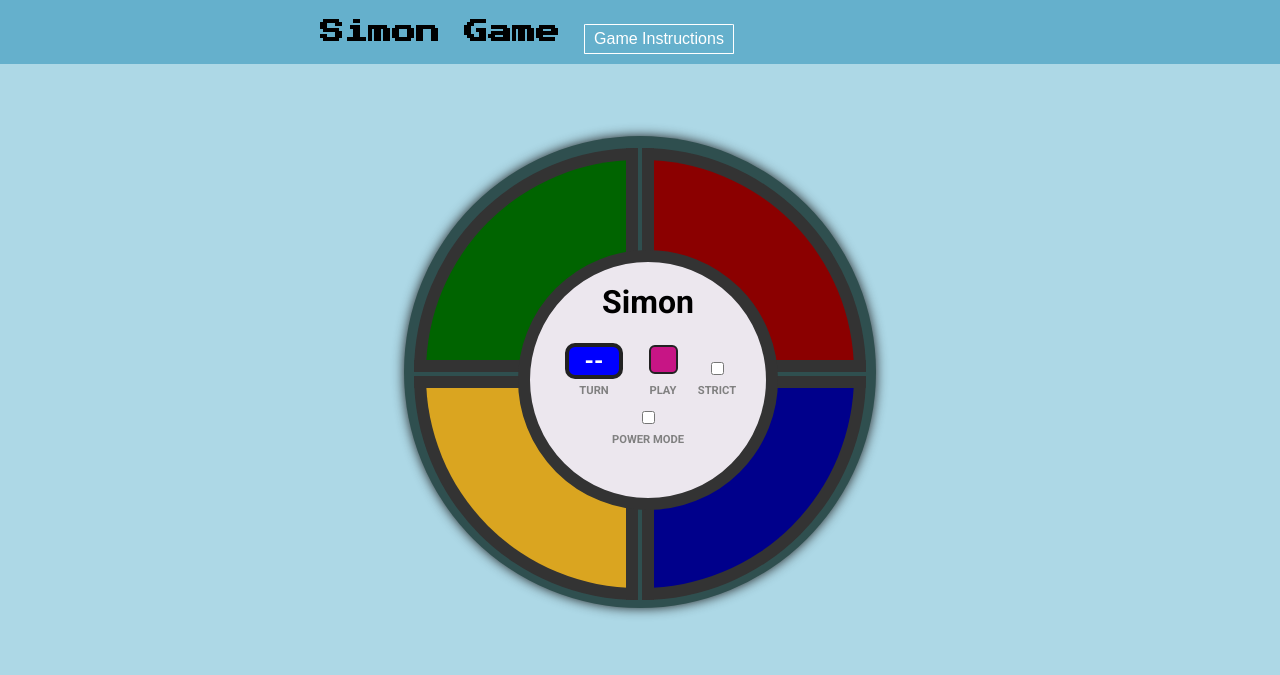
Repository: bbarbara19/memorygame
Page: index.html
The author's editor kept a record of every edit. The page is drawn from the files as they stood at one moment, then again after the next edit.
The browser window is 1280 px wide. The pictures show the whole page.

Above is the page before.

After the next edit:
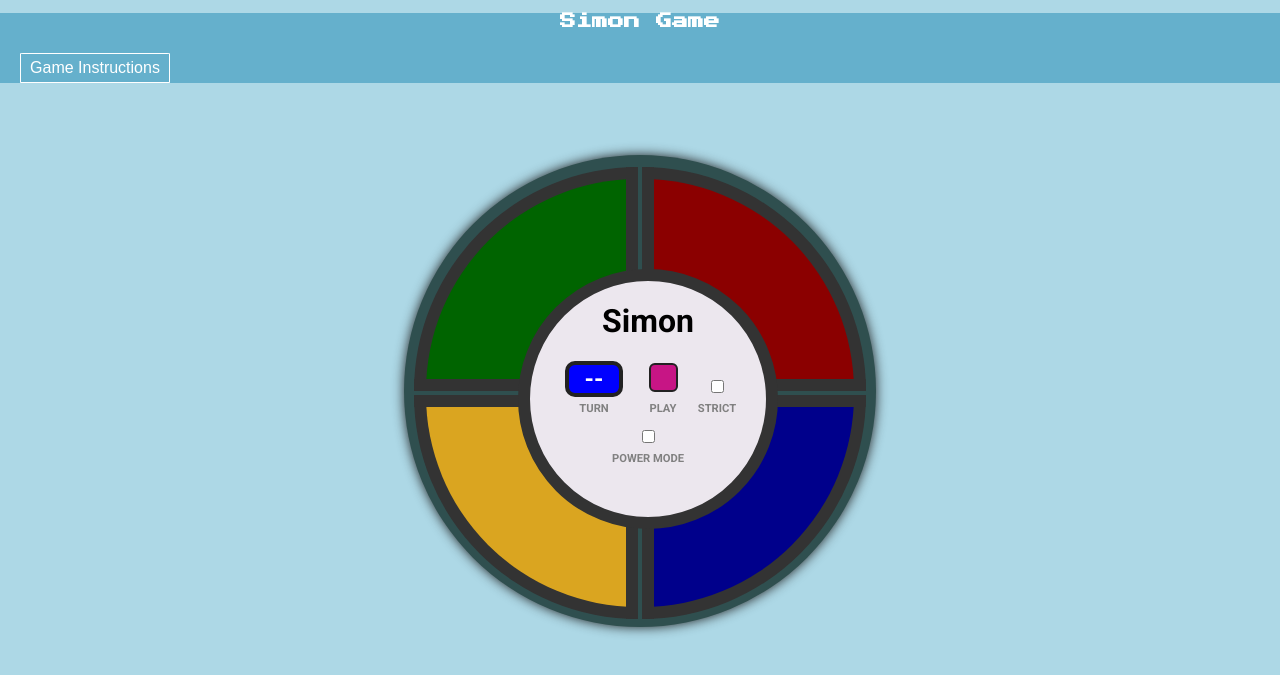
The edit:
--- a/index.html
+++ b/index.html
@@ -19,8 +19,11 @@
 
 <nav>
     <div class="title">
-        <h1 class="inline" style="font-family: 'Press Start 2P', cursive;">Simon Game</h1>
-        <button class="btn-GameHelp inline" onclick="confirmation();">Game Instructions</button>
+        <h1 style="font-family: 'Press Start 2P', cursive; font-size:16px; color:white; text-align:center;">Simon Game</h1>
+    </div>
+    <div class="btn-wrap">
+            <button class="btn-GameHelp" onclick="confirmation();">Game Instructions</button>
+        </div>
     </div>
 </nav>
 
